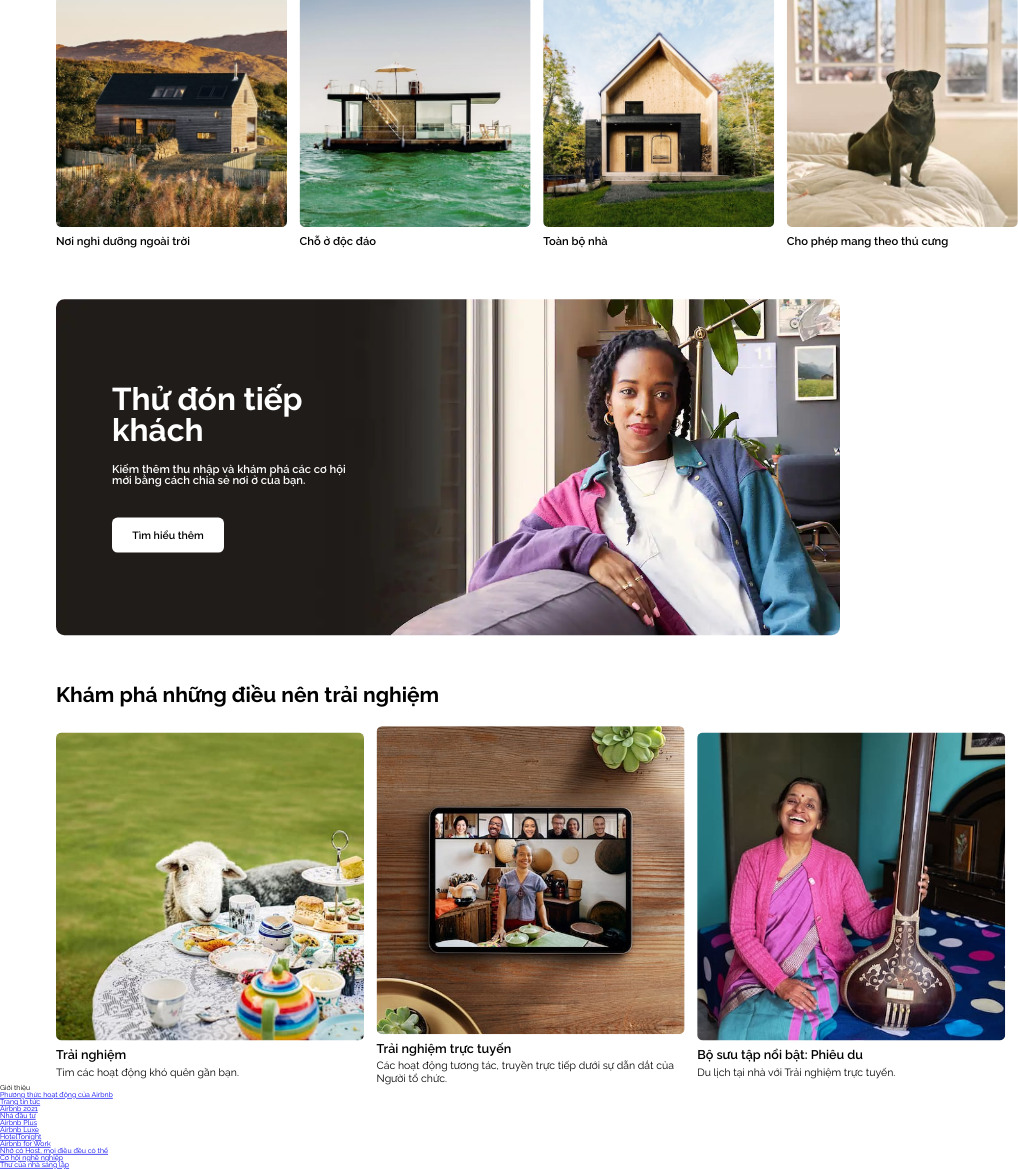
Repository: vanntrong/airbnb-clone
Page: index.html
These files come from the project's save history. The page is drawn as it stood at one moment and after the next save; the edit follows.
The browser window is 1280 px wide. The page is 1454 px wide, so the pictures cover 1454 px, including what lies to the right of the window. The pictures show the part of the page from y = 788 to 2468 px (the page is 2458 px tall before and 2468 px after), at 70% of full size.

Above is the page before, as saved 2021-09-23 16:35:47.

### index.html
<!DOCTYPE html>
<html lang="en">
  <head>
    <meta charset="UTF-8" />
    <meta http-equiv="X-UA-Compatible" content="IE=edge" />
    <meta name="viewport" content="width=device-width, initial-scale=1.0" />
    <title>AirBnB</title>
    <link href="https://fonts.googleapis.com/css2?family=Material+Icons" rel="stylesheet" />
    <link rel="preconnect" href="https://fonts.googleapis.com" />
    <link rel="preconnect" href="https://fonts.gstatic.com" crossorigin />
    <link rel="preconnect" href="https://fonts.googleapis.com" />
    <link rel="preconnect" href="https://fonts.gstatic.com" crossorigin />
    <link
      href="https://fonts.googleapis.com/css2?family=Raleway:wght@200;300;400;500;600;700&display=swap"
      rel="stylesheet"
    />
    <link href="https://fonts.googleapis.com/css2?family=Material+Icons+Outlined" rel="stylesheet" />
    <link href="https://fonts.googleapis.com/css2?family=Material+Icons+Round" rel="stylesheet" />
    <link href="https://fonts.googleapis.com/css2?family=Material+Icons+Sharp" rel="stylesheet" />
    <link href="https://fonts.googleapis.com/css2?family=Material+Icons+Two+Tone" rel="stylesheet" />
    <link rel="stylesheet" href="./assets/css/reset.css" />
    <link rel="stylesheet" href="./assets/css/base.css" />
    <link rel="stylesheet" href="./assets/css/style.css" />
  </head>
  <body>
    <header class="header">
      <div class="header__covid">
        <a href="https://covid19.gov.vn/">Nhận thông tin mới nhất về biện pháp ứng phó COVID-19 của chúng tôi</a>
      </div>
      <div class="header__container">
        <nav class="header__nav">
          <div class="header__logo">
            <a href="" class="header__logo-link">
              <img src="./assets/images/logo.png" alt="Logo AirBnb" class="header__logo-img" />
              <span class="header__logo-name">airbnb</span>
            </a>
          </div>
          <div class="header__exp">
            <ul class="header__exp-list">
              <li class="header__exp-item">
                <div class="header-exp-link active">Nơi ở</div>
              </li>
              <li class="header__exp-item">
                <div class="header-exp-link">Trải nghiệm</div>
              </li>
              <li class="header__exp-item">
                <div class="header-exp-link">Trải nghiệm trực tuyến</div>
              </li>
            </ul>
          </div>
          <div class="header__user">
            <div class="header__user-register">
              <span>Trở thành chủ nhà</span>
            </div>
            <div class="header__user-language">
              <span class="material-icons-outlined"> language </span>
            </div>
            <div class="header__user-menu">
              <span class="material-icons-outlined header__user-icon"> menu </span>
              <img src="./assets/images/user-avatar.png" class="header__user-avatar" />
            </div>
          </div>
        </nav>

        <div class="header__search">
          <div class="header__search-place">
            <h4 class="header__search-text">Địa điểm</h4>
            <input type="text" placeholder="Bạn sắp đi đâu ?" class="header__search-input" />
          </div>
          <div class="header__search-room">
            <h4 class="header__search-text">Nhận phòng</h4>
            <p class="header__add-date">Thêm ngày</p>
          </div>
          <div class="header__search-room">
            <h4 class="header__search-text">Trả phòng</h4>
            <p class="header__add-date">Thêm ngày</p>
          </div>
          <div class="header__search-guest">
            <div class="header__search-wrapper">
              <h4 class="header__search-text">Khách</h4>
              <p class="header__add-date">Thêm khách</p>
            </div>
            <div class="header-guest-search">
              <span class="material-icons-outlined"> search </span>
              <!-- <p class="header-guest-text">Tìm kiếm</p> -->
            </div>
          </div>
        </div>

        <div class="header__title">
          <h2 class="header__title-text">Bạn chưa biết nên đi đâu? Tuyệt!</h2>
          <div class="header__title-btn"><span>Tìm kiếm linh hoạt</span></div>
        </div>
      </div>
    </header>
    <div class="banner">
      <h2 class="banner__heading">Ở bất cứ đâu</h2>
      <div class="banner__container">
        <ul class="banner__list">
          <li class="banner__item">
            <img src="./assets/images/banner/banner1.png" class="banner__item-img" />
            <span class="banner__item-text">Nơi nghỉ dưỡng ngoài trời</span>
          </li>
          <li class="banner__item">
            <img src="./assets/images/banner/banner2.png" class="banner__item-img" />
            <span class="banner__item-text">Chỗ ở độc đáo</span>
          </li>
          <li class="banner__item">
            <img src="./assets/images/banner/banner3.png" class="banner__item-img" />
            <span class="banner__item-text">Toàn bộ nhà</span>
          </li>
          <li class="banner__item">
            <img src="./assets/images/banner/banner4.png" class="banner__item-img" />
            <span class="banner__item-text">Cho phép mang theo thú cưng</span>
          </li>
        </ul>
      </div>
    </div>
    <div class="container">
      <div class="container__top">
        <div class="container__top-title">
          <h2 class="container-title-heading">Thử đón tiếp khách</h2>
          <p class="container-title-text">
            Kiếm thêm thu nhập và khám phá các cơ hội mới bằng cách chia sẻ nơi ở của bạn.
          </p>
          <div class="container-title-btn"><span>Tìm hiểu thêm</span></div>
        </div>
      </div>
      <div class="container__bottom">
        <h2 class="container__bottom-heading">Khám phá những điều nên trải nghiệm</h2>
        <ul class="container__bottom-list">
          <li class="container__bottom-item">
            <img src="./assets/images/container/container__item-1.png" class="container__item-img" />
            <h4 class="container__item-heading">Trải nghiệm</h4>
            <p class="container__item-text">Tìm các hoạt động khó quên gần bạn.</p>
          </li>
          <li class="container__bottom-item">
            <img src="./assets/images/container/container__item-2.png" class="container__item-img" />
            <h4 class="container__item-heading">Trải nghiệm trực tuyến</h4>
            <p class="container__item-text">
              Các hoạt động tương tác, truyền trực tiếp dưới sự dẫn dắt của Người tổ chức.
            </p>
          </li>
          <li class="container__bottom-item">
            <img src="./assets/images/container/container__item-3.png" class="container__item-img" />
            <h4 class="container__item-heading">Bộ sưu tập nổi bật: Phiêu du</h4>
            <p class="container__item-text">Du lịch tại nhà với Trải nghiệm trực tuyến.</p>
          </li>
        </ul>
      </div>
    </div>
    <footer class="footer">
      <div class="footer__top">
        <ul class="footer__top-list">
          <span>Giới thiệu</span>
          <li class="footer__top-item"><a href="#">Phương thức hoạt động của Airbnb</a></li>
          <li class="footer__top-item"><a href="#">Trang tin tức</a></li>
          <li class="footer__top-item"><a href="#">Airbnb 2021</a></li>
          <li class="footer__top-item"><a href="#">Nhà đầu tư</a></li>
          <li class="footer__top-item"><a href="#">Airbnb Plus</a></li>
          <li class="footer__top-item"><a href="#">Airbnb Luxe</a></li>
          <li class="footer__top-item"><a href="#">HotelTonight</a></li>
          <li class="footer__top-item"><a href="#">Airbnb for Work</a></li>
          <li class="footer__top-item"><a href="#">Nhờ có Host, mọi điều đều có thể</a></li>
          <li class="footer__top-item"><a href="#">Cơ hội nghề nghiệp</a></li>
          <li class="footer__top-item">
            <a href="#">Thư của nhà sáng lập</a>
          </li>
        </ul>
      </div>
    </footer>
  </body>
</html>

### assets/css/base.css
html {
  font-family: "Raleway", sans-serif;
  font-size: 62.5%;
}
* {
  box-sizing: border-box;
}

:root {
  --text-color: #484848;
}

### assets/css/style.css
.header {
  width: 100%;
}

.header__covid {
  width: 100%;
  height: 58px;
  background-color: #222;
}

.header__covid a {
  display: inline-block;
  position: relative;
  left: 50%;
  top: 50%;
  transform: translate(-50%, -50%);
  color: #a3a3a3;
  font-size: 1.5rem;
  font-weight: 400;
}

.header__covid a:hover {
  color: #5c5c5c;
}

.header__container {
  width: 100%;
  background-image: url("../images/background.jpg");
  background-size: contain;
  height: 620px;
}

.header__nav {
  padding: 16px 80px;
  display: flex;
  align-items: flex-start;
  justify-content: space-between;
}

.header__logo {
}

.header__logo-link {
  text-decoration: none;
  color: #fff;
  font-size: 2.4rem;
  display: flex;
  align-items: center;
  font-weight: 600;
}

.header__logo-img {
  width: 40px;
  height: 46px;
  margin-right: 6px;
}

.header__exp {
  margin-top: 10px;
  margin-left: 175px;
}

.header__exp-list {
  display: flex;
  align-items: center;
}

.header-exp-link {
  color: #fff;
  font-size: 1.6rem;
  font-weight: 400;
  margin: 0 12px;
  position: relative;
  cursor: pointer;
}

.header-exp-link::after {
  content: "";
  position: absolute;
  width: 18px;
  height: 2px;
  bottom: -13px;
  left: 50%;
  transform: translateX(-50%);
  background-color: #fff;
  display: none;
}

.header-exp-link:hover {
  display: block;
  opacity: 0.6;
}

.header-exp-link:hover::after {
  display: block;
}

.header-exp-link.active::after {
  display: block;
  opacity: unset;
}

.active:hover {
  opacity: unset;
  cursor: default;
}

.header__user {
  display: flex;
  align-items: center;
}

.header__user-register {
  font-size: 1.4rem;
  font-weight: 600;
  padding: 16px;
  border-radius: 35px;
  margin-right: 10px;
  color: #fff;
}

.header__user-register:hover {
  background: rgba(238, 238, 238, 0.2);
  cursor: pointer;
}

.header__user-language {
  color: #fff;
  padding: 16px;
  margin: 0 12px 0 -14px;
  border-radius: 35px;
}

.header__user-language:hover {
  background: rgba(238, 238, 238, 0.2);
  cursor: pointer;
}

.header__user-language span {
  font-size: 2rem;
}

.header__user-menu {
  display: flex;
  align-items: center;
  padding: 4px;
  background-color: #fff;
  border-radius: 25px;
  cursor: pointer;
  border: 1px solid rgba(221, 221, 221, 0.8);
}

.header__user-icon {
  padding: 4px 6px 4px 10px;
}

.header__user-avatar {
  width: 32px;
}

.header__search {
  display: flex;
  align-items: center;
  justify-content: space-between;
  max-width: 850px;
  margin: auto;
  background-color: #fff;
  border-radius: 35px;
  /* box-shadow: 0 2px 2px #d0d0b7; */
}

.header__search-place {
  flex-grow: 2;
  padding: 16px 24px;
  height: 100%;
  position: relative;
}

.header__search-place::after {
  content: "";
  width: 0.5px;
  height: 50%;
  position: absolute;
  background-color: #ddd;
  top: 50%;
  transform: translateY(-50%);
  right: 0;
  display: block;
}

.header__search-place:hover {
  background-color: #eee;
  border-radius: 40px;
  cursor: pointer;
}

.header__search-place:hover::after {
  display: none;
}

.header__search-text {
  font-size: 1.2rem;
  font-weight: 700;
  margin-bottom: 6px;
}

.header__search-input {
  width: 100%;
  border: none;
  background-color: transparent;
  font-size: 1.4rem;
  outline: none;
}

.header__search-room {
  flex-grow: 1;
  height: 100%;
  padding: 16px 24px;
  position: relative;
}

.header__search-room::after {
  content: "";
  position: absolute;
  background-color: #ddd;
  width: 1px;
  height: 50%;
  top: 50%;
  right: 0;
  transform: translateY(-50%);
  display: block;
}

.header__search-room:hover {
  background-color: #eee;
  border-radius: 40px;
  cursor: pointer;
}

.header__search-room:hover::after {
  display: none;
}

.header__add-date {
  font-size: 1.3rem;
  color: var(--text-color);
}

.header__search-guest {
  height: 100%;
  flex-grow: 1;
  display: flex;
  justify-content: space-between;
  align-items: center;
}

.header__search-guest:hover {
  background-color: #eee;
  border-radius: 40px;
  cursor: pointer;
}

.header__search-wrapper {
  padding: 16px 24px;
}

.header-guest-search {
  background-color: #ff385c;
  color: #fff;
  width: 48px;
  height: 48px;
  border-radius: 40px;
  padding: 16px 24px;
  margin-right: 8px;
}

.header-guest-search span {
  display: inline-block;
  position: relative;
  left: 50%;
  top: 50%;
  transform: translate(-50%, -50%);
}

.header__title {
  margin-top: 185px;
  position: relative;
  left: 50%;
  transform: translateX(-50%);
  display: inline-block;
  cursor: pointer;
}
.header__title-text {
  font-size: 1.8rem;
  font-weight: 600;
}
.header__title-btn {
  margin-top: 20px;
  text-align: center;
  width: 100%;
  height: 60px;
  background-color: #fff;
  border-radius: 40px;
  box-shadow: 4px 4px 10px rgb(0 0 0 / 10%);
  display: flex;
  align-items: center;
  justify-content: center;
}
.header__title-btn span {
  display: block;
  font-size: 1.8rem;
  font-weight: 700;
  background-image: linear-gradient(0.25turn, #70019c, #ad0186);
  /* fill color text */
  background-clip: text;
  -webkit-background-clip: text;
  -webkit-text-fill-color: transparent;
}

.banner {
  margin-top: 40px;
  padding: 0 80px;
}

.banner__heading {
  margin-bottom: 35px;
  font-size: 3rem;
  font-weight: 700;
}

.banner__list {
  display: flex;
  align-items: center;
  justify-content: space-between;
}

.banner__item {
  margin-right: 18px;
  cursor: pointer;
}

.banner__item-img {
  width: 330px;
  border-radius: 8px;
}

.banner__item-text {
  margin-top: 10px;
  display: block;
  font-size: 1.6rem;
  font-weight: 600;
}

.container {
  padding: 0 80px;
}

.container__top {
  margin-top: 75px;
  height: 480px;
  background: url("../images/container/container__background.png");
  background-size: cover;
  background-repeat: no-repeat;
  border-radius: 12px;
  overflow: hidden;
}

.container__top-title {
  width: 365px;
  height: 245px;
  margin-top: 120px;
  margin-left: 80px;
  color: #fff;
}

.container-title-heading {
  font-size: 4.5rem;
  font-weight: 700;
  margin-bottom: 25px;
}

.container-title-text {
  font-size: 1.6rem;
  font-weight: 600;
}

.container-title-btn {
  margin-top: 45px;
  width: 160px;
  height: 50px;
  text-align: center;
  background-color: #fff;
  color: #000;
  display: flex;
  align-items: center;
  justify-content: center;
  font-size: 1.5rem;
  font-weight: 600;
  border-radius: 8px;
}

.container__bottom {
  margin-top: 70px;
}

.container__bottom-heading {
  font-size: 3rem;
  font-weight: 700;
  margin-bottom: 30px;
}

.container__bottom-list {
  display: flex;
  align-items: center;
  cursor: pointer;
}

.container__bottom-item {
  margin-right: 18px;
}

.container__item-img {
  width: 440px;
  border-radius: 8px;
}

.container__item-heading {
  margin-top: 10px;
  font-size: 1.8rem;
  font-weight: 600;
}

.container__item-text {
  margin-top: 6px;
  font-size: 1.5rem;
  line-height: 1.8rem;
}

Loaded but not shown: assets/css/reset.css (common file)

After the next save:
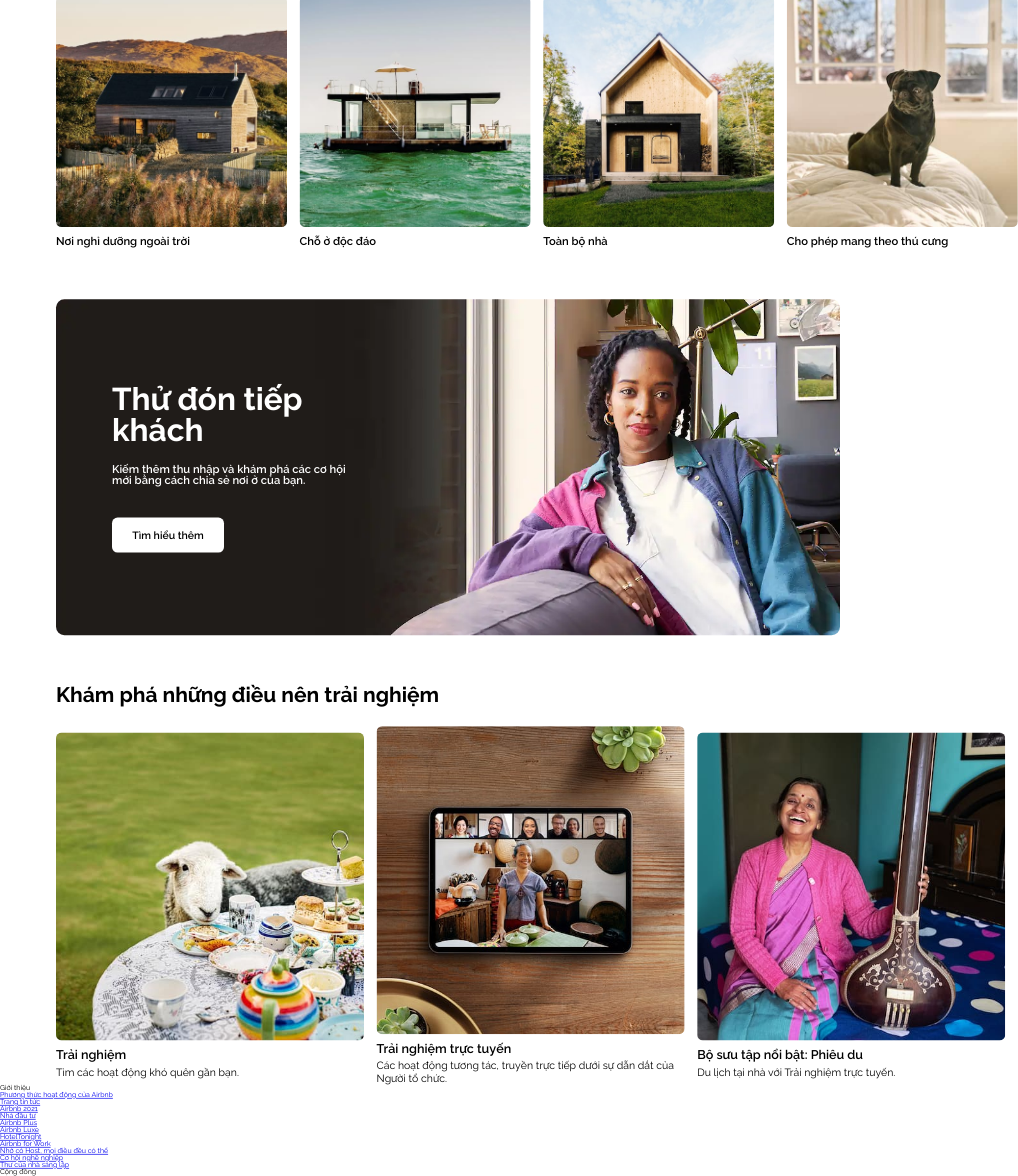
Saved 105 s later.
--- a/index.html
+++ b/index.html
@@ -167,6 +167,27 @@
             <a href="#">Thư của nhà sáng lập</a>
           </li>
         </ul>
+        <ul class="footer__top-list">
+          <span>Cộng đồng</span>
+          <li class="footer__top-item">
+            <a href="#" class="footer__item-link"></a>
+          </li>
+          <li class="footer__top-item">
+            <a href="#" class="footer__item-link"></a>
+          </li>
+          <li class="footer__top-item">
+            <a href="#" class="footer__item-link"></a>
+          </li>
+          <li class="footer__top-item">
+            <a href="#" class="footer__item-link"></a>
+          </li>
+          <li class="footer__top-item">
+            <a href="#" class="footer__item-link"></a>
+          </li>
+          <li class="footer__top-item">
+            <a href="#" class="footer__item-link"></a>
+          </li>
+        </ul>
       </div>
     </footer>
   </body>
